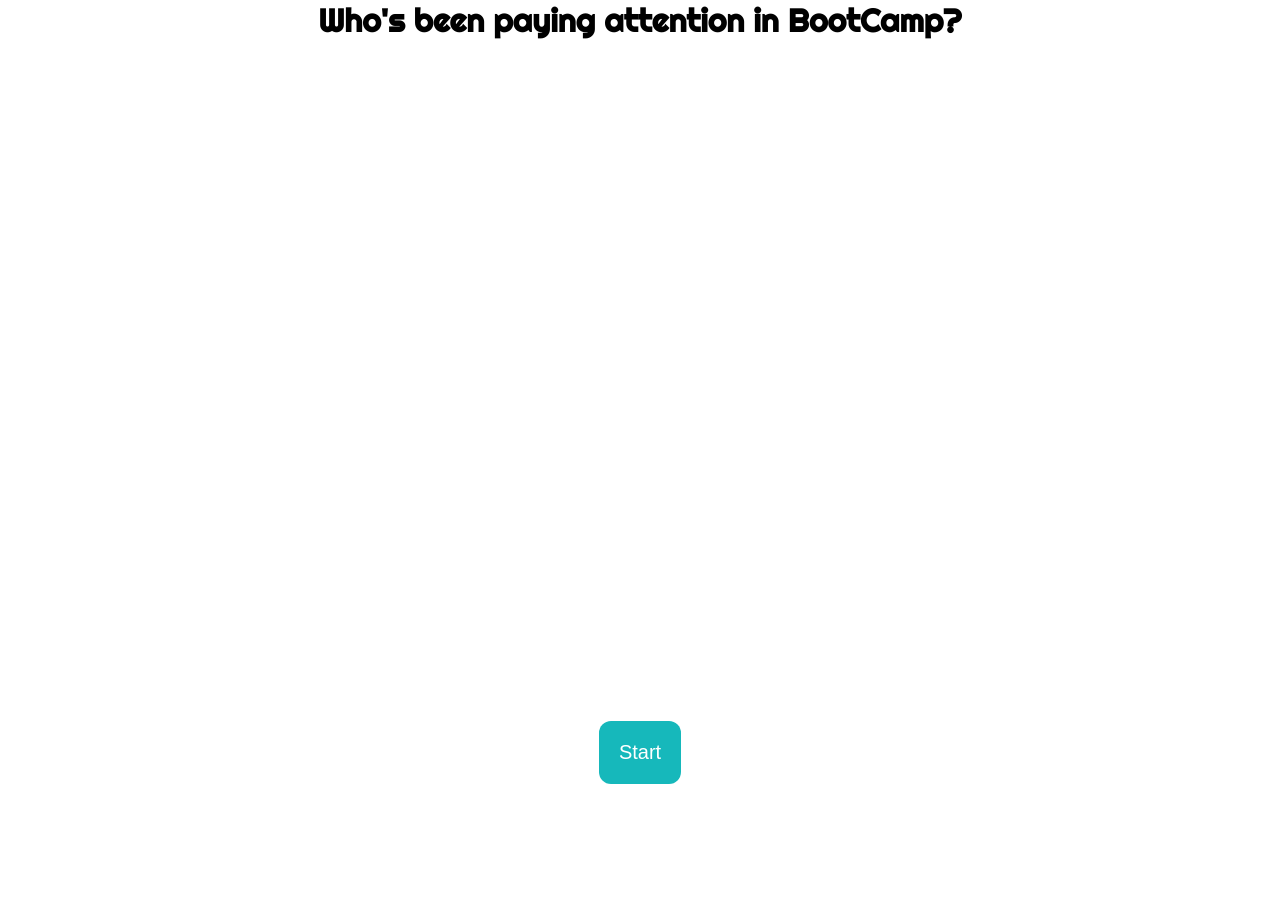
Repository: kkyler24/Quizlet
Page: Quiz.html
These files come from the project's save history. The page is drawn as it stood at one moment and after the next save; the edit follows.
The browser window is 1280 px wide. The pictures show the whole page.
Some web libraries are served in a nearby version.

Above is the page before, as saved 2020-03-16 01:24:44.

After the next save:
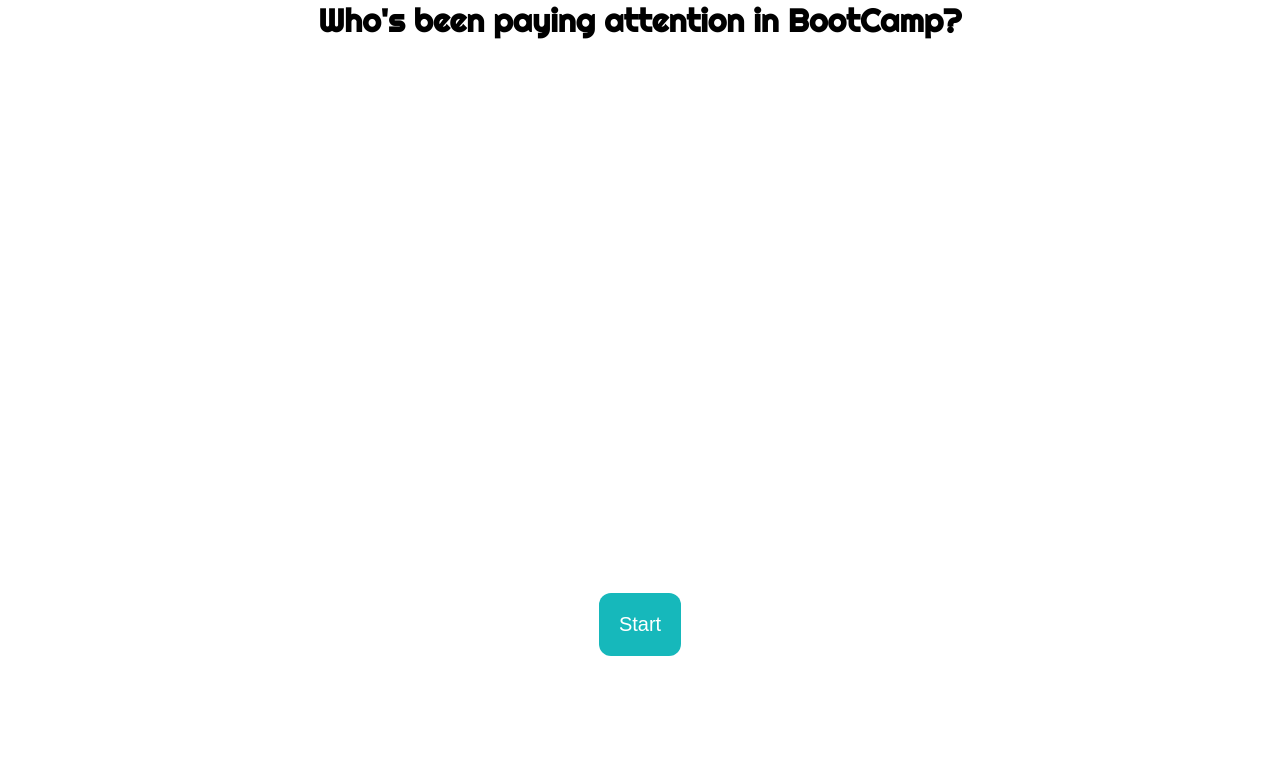
Saved 12 s later.
--- a/DevOpsFiles/Style.css
+++ b/DevOpsFiles/Style.css
@@ -6,7 +6,7 @@ body{
 
 .flex-container {
     display: flex;
-    margin-top: 50%;
+    margin-top: 40%;
     justify-content: center;
     align-items: center;
     flex-direction: column;
